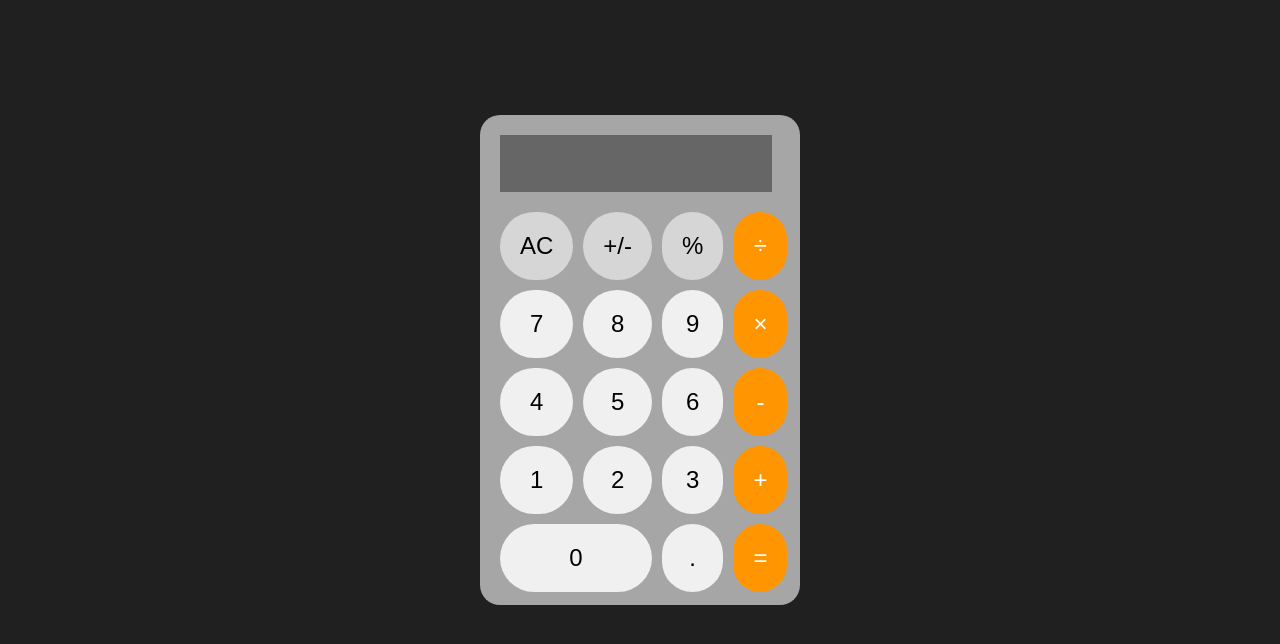
Repository: Tobby004/calculator
Page: index.html
These files come from the project's save history. The page is drawn as it stood at one moment and after the next save; the edit follows.
The browser window is 1280 px wide. The pictures show the whole page.

Above is the page before, as saved 2023-07-19 02:55:55.

### index.html
<!DOCTYPE html>
<html>
<head>
    <link rel="stylesheet" type="text/css" href="style.css">
</head>
<body>
    <div class="calculator">
        <input type="text" class="display" disabled>
        <div class="buttons">
            <button class="ac">AC</button>
            <button class="neg">+/-</button>
            <button class="perc">%</button>
            <button class="div">÷</button>
            <button>7</button>
            <button>8</button>
            <button>9</button>
            <button class="mul">×</button>
            <button>4</button>
            <button>5</button>
            <button>6</button>
            <button class="sub">-</button>
            <button>1</button>
            <button>2</button>
            <button>3</button>
            <button class="add">+</button>
            <button class="zero">0</button>
            <button>.</button>
            <button class="eq">=</button>
        </div>
    </div>
    <script src="app.js"></script>
</body>
</html>

### style.css
body {
    display: flex;
    justify-content: center;
    align-items: center;
    height: 100vh;
    margin: 0;
    background-color: #202020;
    font-family: 'Avenir Next', 'Arial';
}

.calculator {
    border-radius: 20px;
    width: 280px;
    background-color: #a6a6a6;
    padding: 20px;
    height: 450px;
}

.display {
    width: 90%;
    padding: 10px;
    background-color: #666666;
    border: none;
    color: white;
    text-align: right;
    margin-bottom: 20px;
    font-size: 2em;
}

.buttons {
    display: grid;
    grid-template-columns: repeat(4, 1fr);
    grid-template-rows: repeat(6, 1fr);
    gap: 10px;
}

button {
    padding: 20px;
    font-size: 1.5em;
    border: none;
    border-radius: 50px;
    background-color: #f0f0f0;
}

button:hover {
    opacity: 0.8;
    background-color: red;
}

button:active {
    opacity: 1;
    background-color: #d4d4d4;
}

button.ac, button.neg, button.perc {
    background-color: #d6d6d6;
}

button.add, button.sub, button.mul, button.div, button.eq {
    background-color: #ff9500;
    color: white;
}
button.add:hover, button.sub:hover, button.mul:hover, button.div:hover, button.eq:hover {
    background-color: rgb(34, 12, 12);
}


button.zero {
    grid-column: span 2;
}

### app.js
const display = document.querySelector('.display');
const buttons = Array.from(document.querySelectorAll('button'));
let value = '';
let operator;
let total;

function calculate() {
    if (operator === '+') total += parseFloat(value);
    else if (operator === '-') total -= parseFloat(value);
    else if (operator === '*') total *= parseFloat(value);
    else if (operator === '/') total /= parseFloat(value);
    else total = parseFloat(value);
}

buttons.map(button => {
    button.addEventListener('click', (e) => {
        const action = e.target.textContent;

        if (!isNaN(action) || action === '.') {
            value += action;
            display.value = value;
        }

        if (action === 'AC') {
            value = '';
            total = null;
            operator = null;
            display.value = '';
        }

        if (action === '+/-') {
            value = parseFloat(value) * -1;
            display.value = value;
        }

        if (action === '%') {
            value = parseFloat(value) / 100;
            display.value = value;
        }

        if (e.target.classList.contains('add')) {
            calculate();
            value = '';
            operator = '+';
        }

        if (e.target.classList.contains('sub')) {
            calculate();
            value = '';
            operator = '-';
        }

        if (e.target.classList.contains('mul')) {
            calculate();
            value = '';
            operator = '*';
        }

        if (e.target.classList.contains('div')) {
            calculate();
            value = '';
            operator = '/';
        }

        if (e.target.classList.contains('eq')) {
            calculate();
            value = '';
            operator = null;
            display.value = total;
        }
    });
});

After the next save:
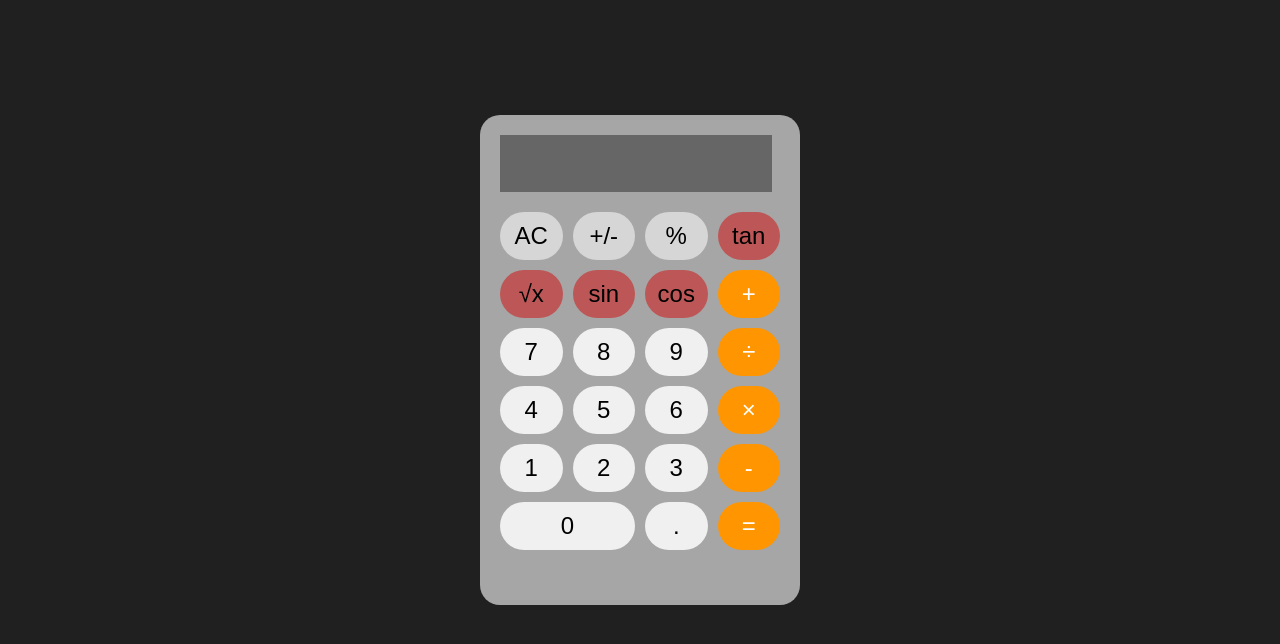
Saved 10 h 30 min later.
--- a/index.html
+++ b/index.html
@@ -10,19 +10,23 @@
             <button class="ac">AC</button>
             <button class="neg">+/-</button>
             <button class="perc">%</button>
-            <button class="div">÷</button>
+            <button class="tan">tan</button>
+            <button class="sqrt">√x</button>
+            <button class="sin">sin</button>
+            <button class="cos">cos</button>
+            <button class="add">+</button>
             <button>7</button>
             <button>8</button>
             <button>9</button>
-            <button class="mul">×</button>
+            <button class="div">÷</button>
             <button>4</button>
             <button>5</button>
             <button>6</button>
-            <button class="sub">-</button>
+            <button class="mul">×</button>
             <button>1</button>
             <button>2</button>
             <button>3</button>
-            <button class="add">+</button>
+            <button class="sub">-</button>
             <button class="zero">0</button>
             <button>.</button>
             <button class="eq">=</button>
--- a/style.css
+++ b/style.css
@@ -35,7 +35,7 @@ body {
 }
 
 button {
-    padding: 20px;
+    padding: 10px;
     font-size: 1.5em;
     border: none;
     border-radius: 50px;
@@ -68,3 +68,10 @@ button.add:hover, button.sub:hover, button.mul:hover, button.div:hover, button.e
 button.zero {
     grid-column: span 2;
 }
+button.sqr, button.sqrt, button.sin, button.cos, button.tan {
+    background-color: #bd5757;
+}
+
+button.sqr:hover, button.sqrt:hover, button.sin:hover, button.cos:hover, button.tan:hover {
+    background-color: red;
+}
--- a/app.js
+++ b/app.js
@@ -68,5 +68,31 @@ buttons.map(button => {
             operator = null;
             display.value = total;
         }
+        if (e.target.classList.contains('sqr')) {
+            value = parseFloat(value) ** 2;
+            display.value = value;
+        }
+
+        if (e.target.classList.contains('sqrt')) {
+            value = Math.sqrt(parseFloat(value));
+            display.value = value;
+        }
+
+        if (e.target.classList.contains('sin')) {
+            value = Math.sin(parseFloat(value));
+            display.value = value;
+        }
+
+        if (e.target.classList.contains('cos')) {
+            value = Math.cos(parseFloat(value));
+            display.value = value;
+        }
+
+        if (e.target.classList.contains('tan')) {
+            value = Math.tan(parseFloat(value));
+            display.value = value;
+        }
+
     });
+
 });
